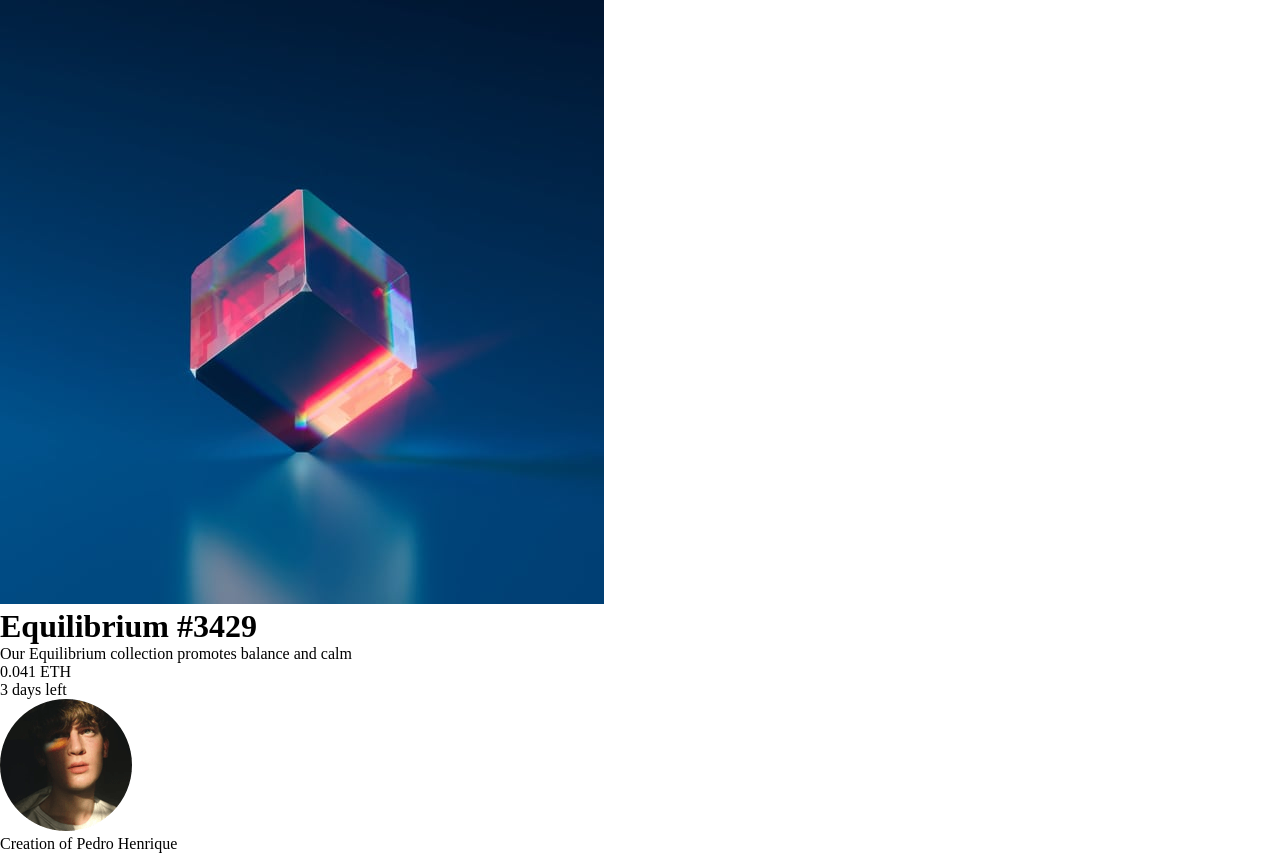
Repository: PedroHEAA/nft
Page: index.html
An editor plug-in stored every save of this project. The page is shown before and after the next save, followed by the edit.
The browser window is 1280 px wide. The pictures show the whole page.

Above is the page before, as saved 2022-11-03 19:23:56.

After the next save:
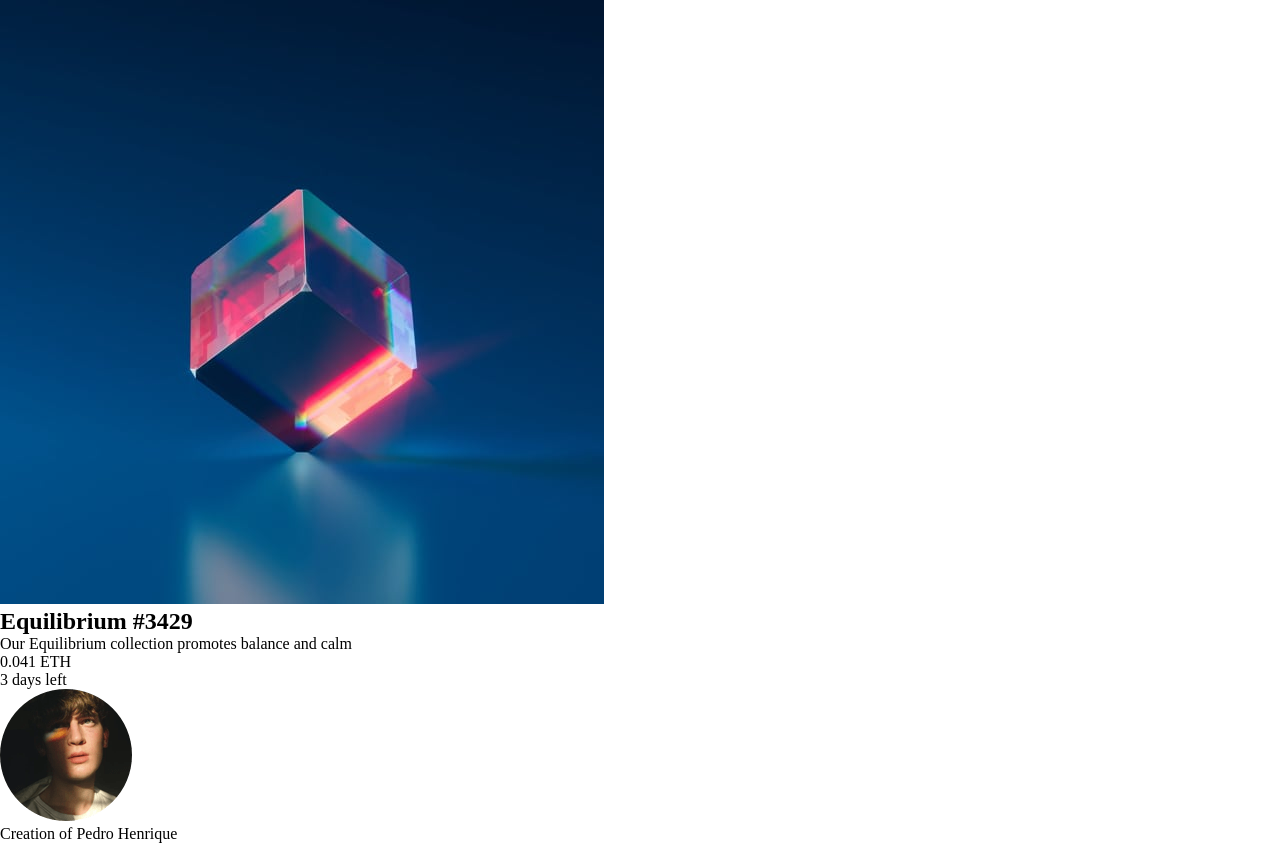
Saved 19 s later.
--- a/index.html
+++ b/index.html
@@ -14,7 +14,7 @@
     <main class="container">
         <div class="card">
                 <img src="src/images/image-equilibrium.jpg" alt="Equilibrium NFT image">
-                <h1 class="title">Equilibrium #3429</h1>
+                <h2 class="title">Equilibrium #3429</h2>
                 <p>Our Equilibrium collection promotes balance and calm</p>
                 <div class="parameters">
                     <p>0.041 ETH</p>
